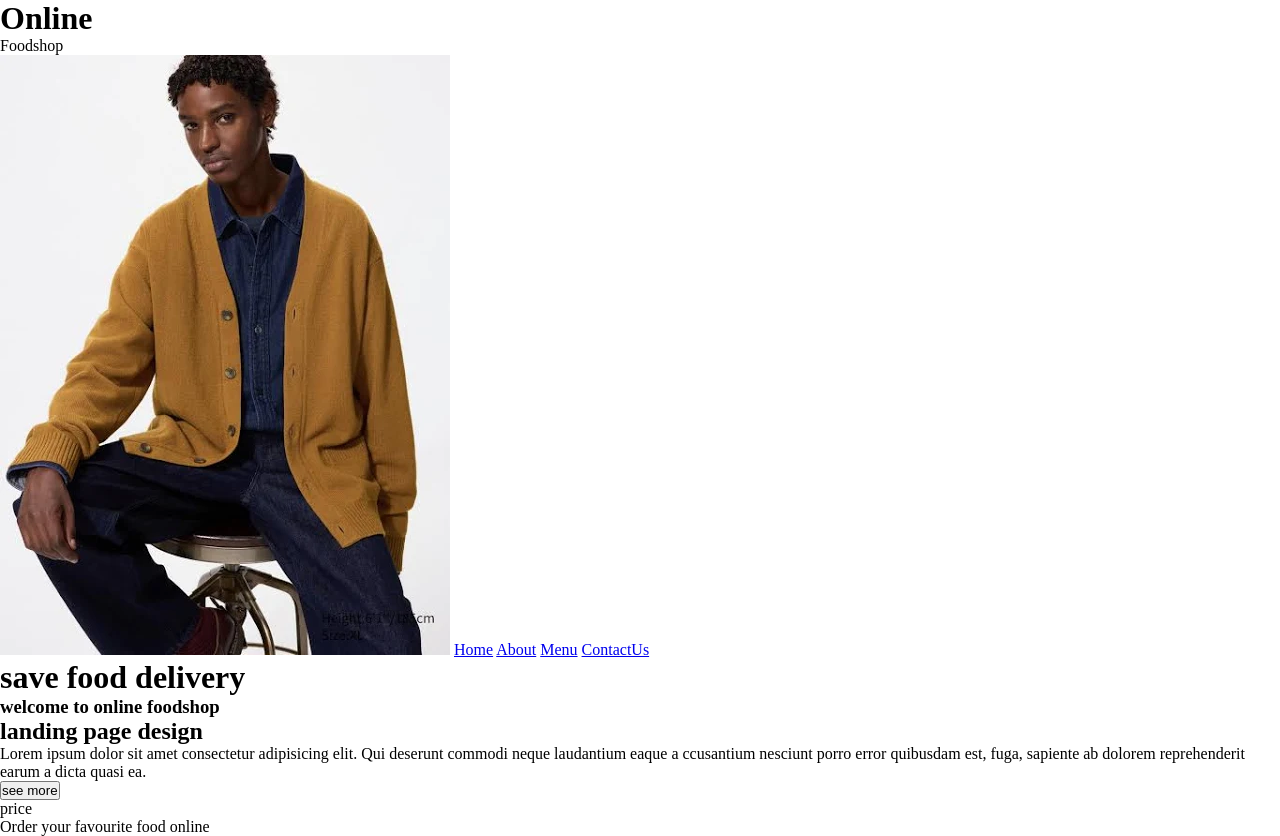
Repository: sristigupta04/basic-js-project
Page: online foood app.cpp/on.html
The author's editor kept a copy of each file at every save. The page is drawn from the files as they stood at one save, then again after the next save.
The browser window is 1280 px wide. The pictures show the whole page.

Above is the page before, as saved 2025-11-15 21:30:32.

### online foood app.cpp/on.html
<!DOCTYPE html>
<html lang="en">
<head>
    <meta charset="UTF-8">
    <meta name="viewport" content="width=device-width, initial-scale=1.0">
    <title>ONLINE FOOD Shop</title>
    <link rel="stylesheet" href="on.css"/>
</head>
<body>
    <h1>Online</h1>
    <span>Foodshop</span>
<div class="navi">
    <img src="wollen.webp"/>
<a href="#">Home</a>
<a href="#">About</a>
<a href="#">Menu</a>
<a href="#">ContactUs</a>
       <div class="main">
        <h1>save food delivery</h1>
        <div class="protfolio">
            <h3>welcome to online foodshop</h3>
            <h2>landing page design</h2>
            <p>Lorem ipsum  dolor sit amet consectetur adipisicing elit.
                Qui deserunt commodi neque laudantium eaque a
               ccusantium nesciunt porro error quibusdam est, fuga,
                sapiente ab dolorem reprehenderit earum a dicta
                 quasi ea.</p>
                 <button>see more</button>
            <div class="one"> price</div>
            <div class="tow"> Order your favourite food online</div>
        </div>
       </div>

</div>
</body>
</html>

Loaded but not shown: online foood app.cpp/on.css (common file)

After the next save:
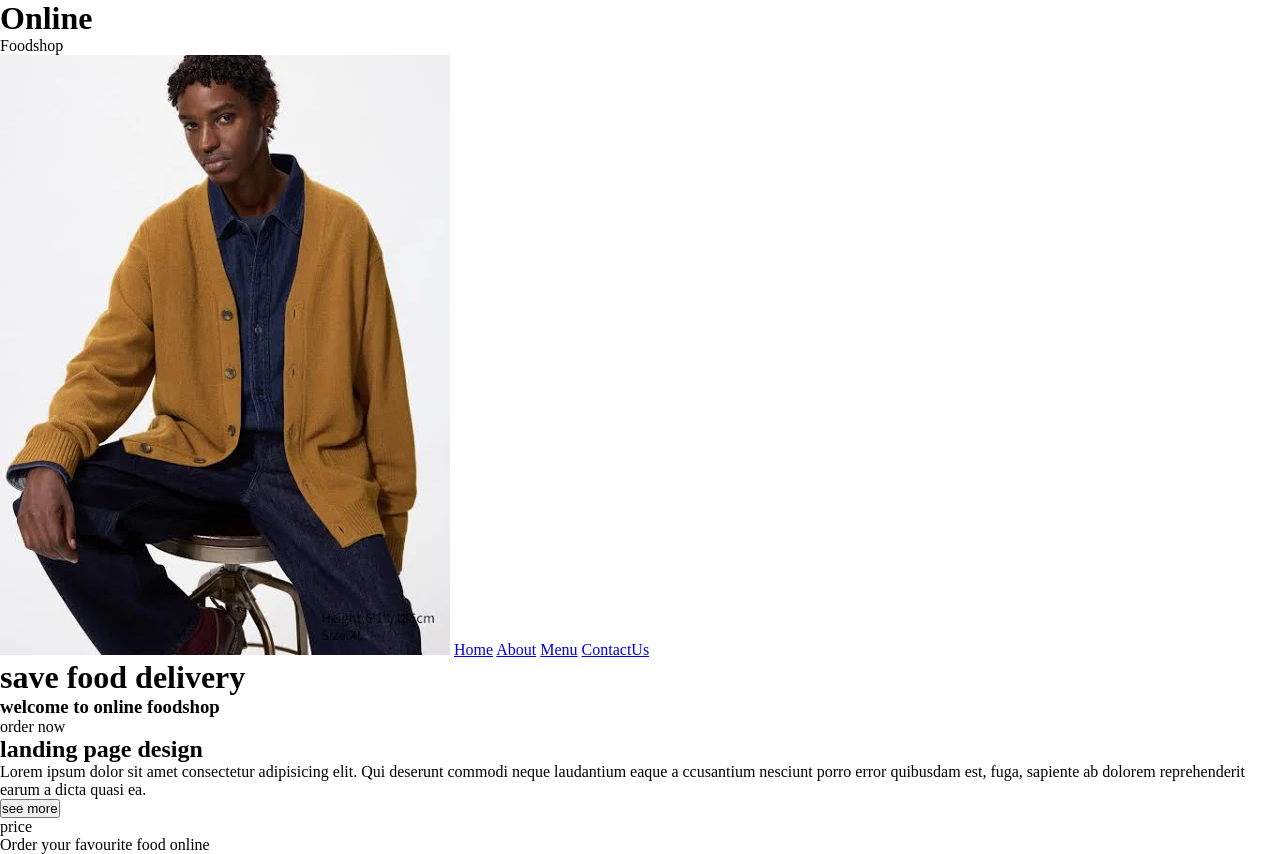
Saved 12 s later.
--- a/online foood app.cpp/on.html
+++ b/online foood app.cpp/on.html
@@ -19,6 +19,7 @@
         <h1>save food delivery</h1>
         <div class="protfolio">
             <h3>welcome to online foodshop</h3>
+            <span>order now</span>
             <h2>landing page design</h2>
             <p>Lorem ipsum  dolor sit amet consectetur adipisicing elit.
                 Qui deserunt commodi neque laudantium eaque a
